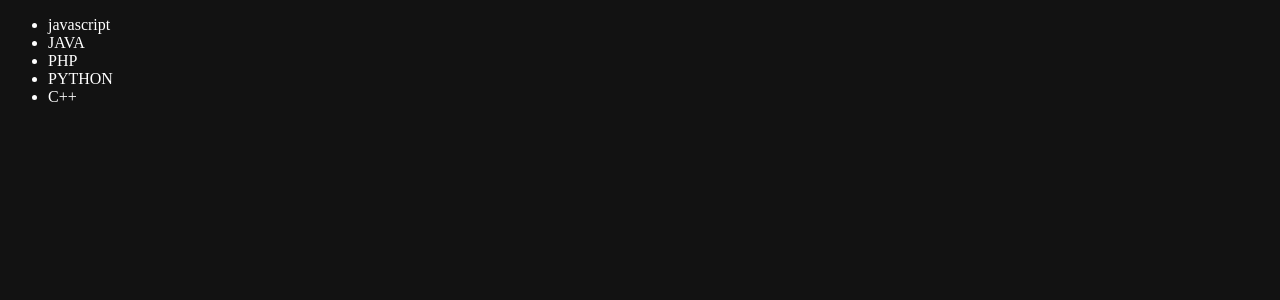
Repository: VishwaGoswami1407/JavaScript-Practice
Page: 06_dom/four.html
The author's editor kept a copy of each file at every save. The page is drawn from the files as they stood at one save, then again after the next save.
The browser window is 1280 px wide. The pictures show the whole page.

Above is the page before, as saved 2024-07-06 16:59:24.
Console error: ReferenceError: appendChild is not defined

After the next save:
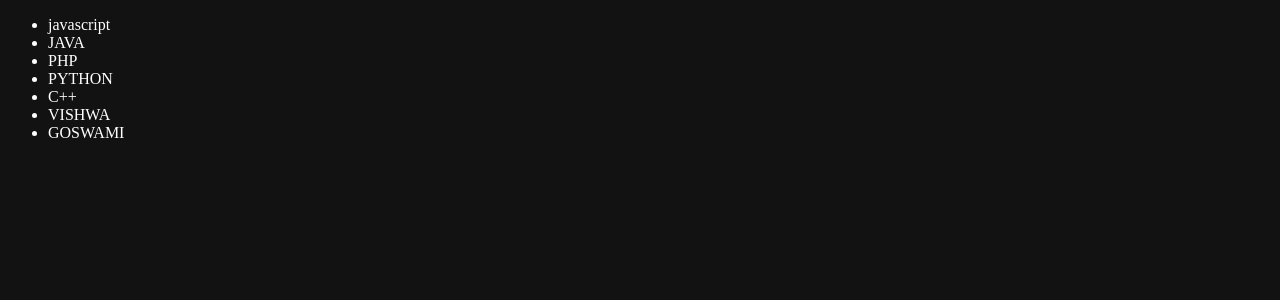
The error is gone.
Saved 2 min 6 s later.
--- a/06_dom/four.html
+++ b/06_dom/four.html
@@ -32,14 +32,16 @@
     addOptiLanguage("PYTHON")
     addOptiLanguage("C++")
 
-    function addText(langName){
-        const li = document.createElement('li')
-        li.appendChild(document.createTextNode(langName))
-        document.querySelector('.language')
-        appendChild(li)
-    }
-    addText("VISHWA")
-    addText("GOSWAMI")
+    function addText(langName) {
+    const li = document.createElement('li');
+    li.appendChild(document.createTextNode(langName));
+    const ul = document.querySelector('.language');
+    ul.appendChild(li);
+}
+
+addText("VISHWA");
+addText("GOSWAMI");
+
 
 
 
